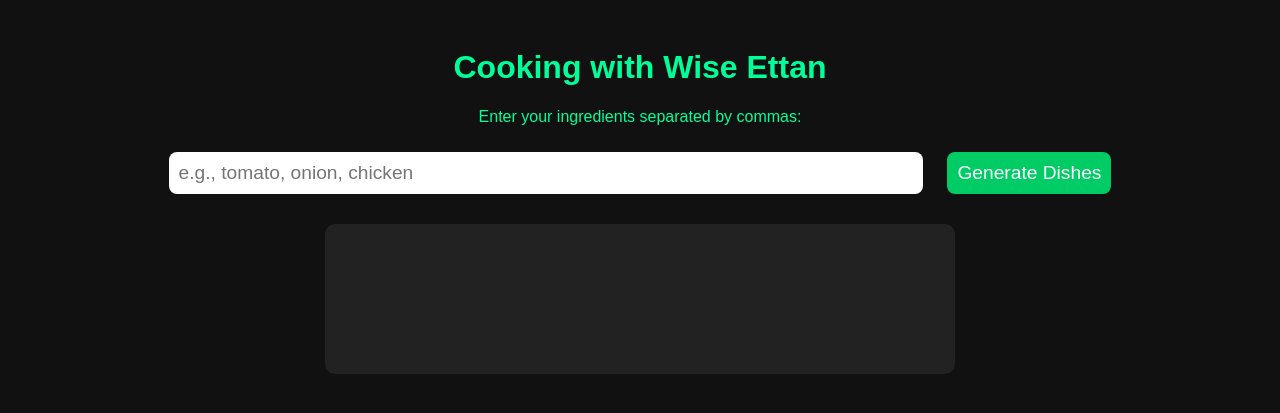
Repository: ryukkzz/Wise-Ettan-s-Zone
Page: cooking.html
The author's editor kept a copy of each file at every save. The page is drawn from the files as they stood at one save, then again after the next save.
The browser window is 1280 px wide. The pictures show the whole page.

Above is the page before, as saved 2025-08-09 01:48:45.

After the next save:
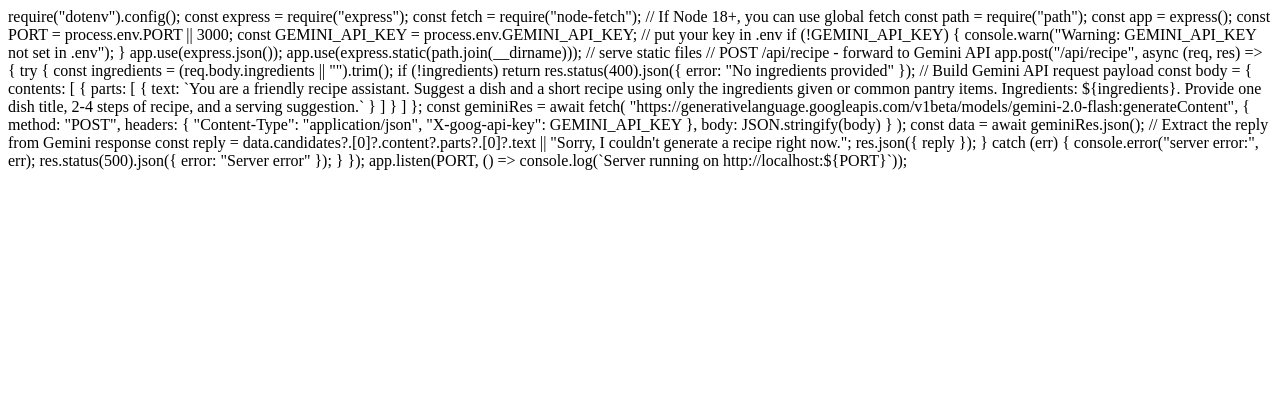
Saved 3 min 20 s later.
--- a/cooking.html
+++ b/cooking.html
@@ -1,89 +1,62 @@
-<!DOCTYPE html>
-<html lang="en">
-<head>
-<meta charset="UTF-8" />
-<meta name="viewport" content="width=device-width, initial-scale=1" />
-<title>Cooking with Wise Ettan</title>
-<style>
-  body {
-    font-family: Arial, sans-serif;
-    background: #111;
-    color: #00ff99;
-    padding: 20px;
-    text-align: center;
+require("dotenv").config();
+const express = require("express");
+const fetch = require("node-fetch"); // If Node 18+, you can use global fetch
+const path = require("path");
+
+const app = express();
+const PORT = process.env.PORT || 3000;
+const GEMINI_API_KEY = process.env.GEMINI_API_KEY; // put your key in .env
+
+if (!GEMINI_API_KEY) {
+  console.warn("Warning: GEMINI_API_KEY not set in .env");
+}
+
+app.use(express.json());
+app.use(express.static(path.join(__dirname))); // serve static files
+
+// POST /api/recipe - forward to Gemini API
+app.post("/api/recipe", async (req, res) => {
+  try {
+    const ingredients = (req.body.ingredients || "").trim();
+    if (!ingredients) return res.status(400).json({ error: "No ingredients provided" });
+
+    // Build Gemini API request payload
+    const body = {
+      contents: [
+        {
+          parts: [
+            {
+              text: `You are a friendly recipe assistant. Suggest a dish and a short recipe using only the ingredients given or common pantry items. Ingredients: ${ingredients}. Provide one dish title, 2-4 steps of recipe, and a serving suggestion.`
+            }
+          ]
+        }
+      ]
+    };
+
+    const geminiRes = await fetch(
+      "https://generativelanguage.googleapis.com/v1beta/models/gemini-2.0-flash:generateContent",
+      {
+        method: "POST",
+        headers: {
+          "Content-Type": "application/json",
+          "X-goog-api-key": GEMINI_API_KEY
+        },
+        body: JSON.stringify(body)
+      }
+    );
+
+    const data = await geminiRes.json();
+
+    // Extract the reply from Gemini response
+    const reply =
+      data.candidates?.[0]?.content?.parts?.[0]?.text ||
+      "Sorry, I couldn't generate a recipe right now.";
+
+    res.json({ reply });
+  } catch (err) {
+    console.error("server error:", err);
+    res.status(500).json({ error: "Server error" });
   }
-  input, button {
-    font-size: 1.2em;
-    padding: 10px;
-    margin: 10px;
-    border-radius: 8px;
-    border: none;
-  }
-  input {
-    width: 60%;
-  }
-  button {
-    background-color: #00cc66;
-    color: white;
-    cursor: pointer;
-  }
-  button:hover {
-    background-color: #009944;
-  }
-  #results {
-    margin-top: 20px;
-    background: #222;
-    padding: 15px;
-    border-radius: 10px;
-    min-height: 120px;
-    white-space: pre-wrap;
-    text-align: left;
-    max-width: 600px;
-    margin-left: auto;
-    margin-right: auto;
-  }
-</style>
-</head>
-<body>
+});
 
-<h1>Cooking with Wise Ettan</h1>
-<p>Enter your ingredients separated by commas:</p>
-<input type="text" id="ingredientsInput" placeholder="e.g., tomato, onion, chicken" />
-<button id="generateBtn">Generate Dishes</button>
-
-<div id="results"></div>
-
-<script>
-  async function generateDishes() {
-    const ingredients = document.getElementById("ingredientsInput").value.trim();
-    const resultsDiv = document.getElementById("results");
-    if (!ingredients) {
-      alert("Please enter some ingredients!");
-      return;
-    }
-
-    resultsDiv.textContent = "Wise Ettan is cooking your dishes... 🍳";
-
-    try {
-      const response = await fetch("/api/recipe", {
-        method: "POST",
-        headers: { "Content-Type": "application/json" },
-        body: JSON.stringify({ ingredients })
-      });
-
-      if (!response.ok) throw new Error("API error");
-
-      const data = await response.json();
-
-      resultsDiv.textContent = data.reply;
-    } catch (e) {
-      resultsDiv.textContent = "Oops! Wise Ettan burnt the dishes. Try again.";
-      console.error(e);
-    }
-  }
-
-  document.getElementById("generateBtn").addEventListener("click", generateDishes);
-</script>
-
-</body>
-</html>
+app.listen(PORT, () => console.log(`Server running on http://localhost:${PORT}`));
